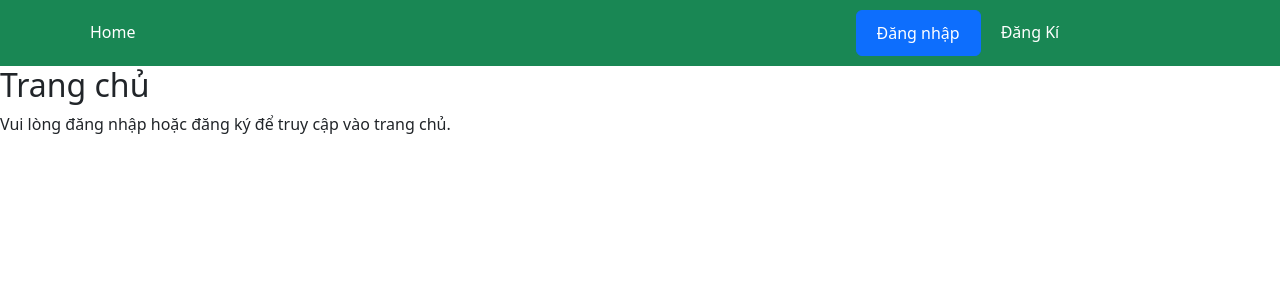
Repository: tung1999zxc/vue-project
Page: /
The author's editor kept a copy of each file at every save. The page is drawn from the files as they stood at one save, then again after the next save.
The browser window is 1280 px wide. The pictures show the whole page.
The project was rebuilt for these pictures with package versions that can differ from the ones it lists, and the page was loaded fresh each time. Also part of the build but not shown: vite.config.ts.

Above is the page before, as saved 2023-08-01 08:45:28.

After the next save:
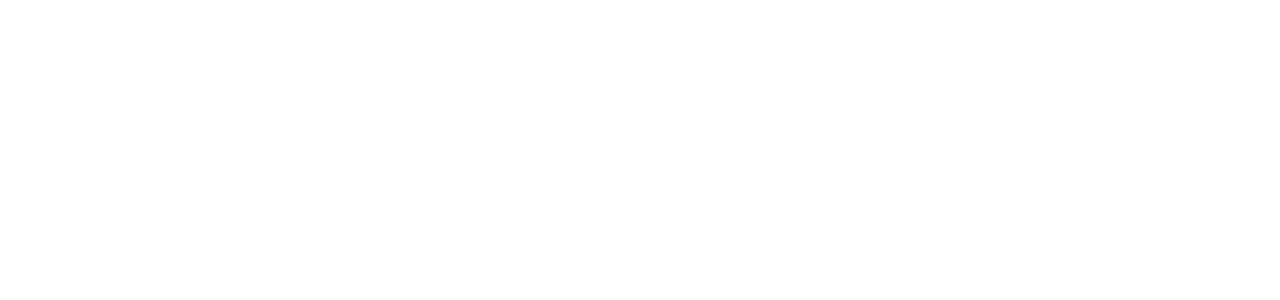
Console error: TypeError: import_vue8.default.use is not a function
Saved 59 s later.
--- a/src/main.js
+++ b/src/main.js
@@ -5,12 +5,12 @@
 
 import App from './App.vue'
 import router from './router/index'
-// import store from './store'
+import store from './store'
 
 import 'bootstrap/dist/css/bootstrap.css'
 
 const app = createApp(App)
 app.use(createPinia())
 app.use(router)
-// app.use(store)
+app.use(store)
 app.mount('#app')

After the save that followed:
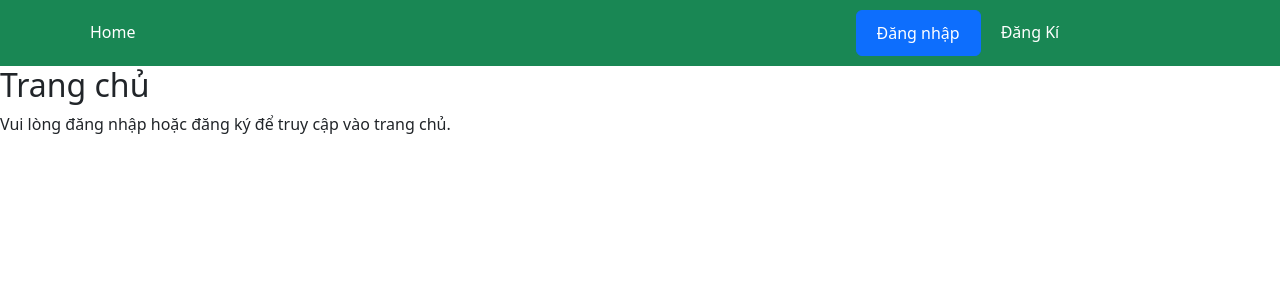
The error is gone.
Saved 32 s later.
--- a/src/main.js
+++ b/src/main.js
@@ -5,12 +5,12 @@
 
 import App from './App.vue'
 import router from './router/index'
-import store from './store'
+// import store from './store'
 
 import 'bootstrap/dist/css/bootstrap.css'
 
 const app = createApp(App)
 app.use(createPinia())
 app.use(router)
-app.use(store)
+// app.use(store)
 app.mount('#app')
